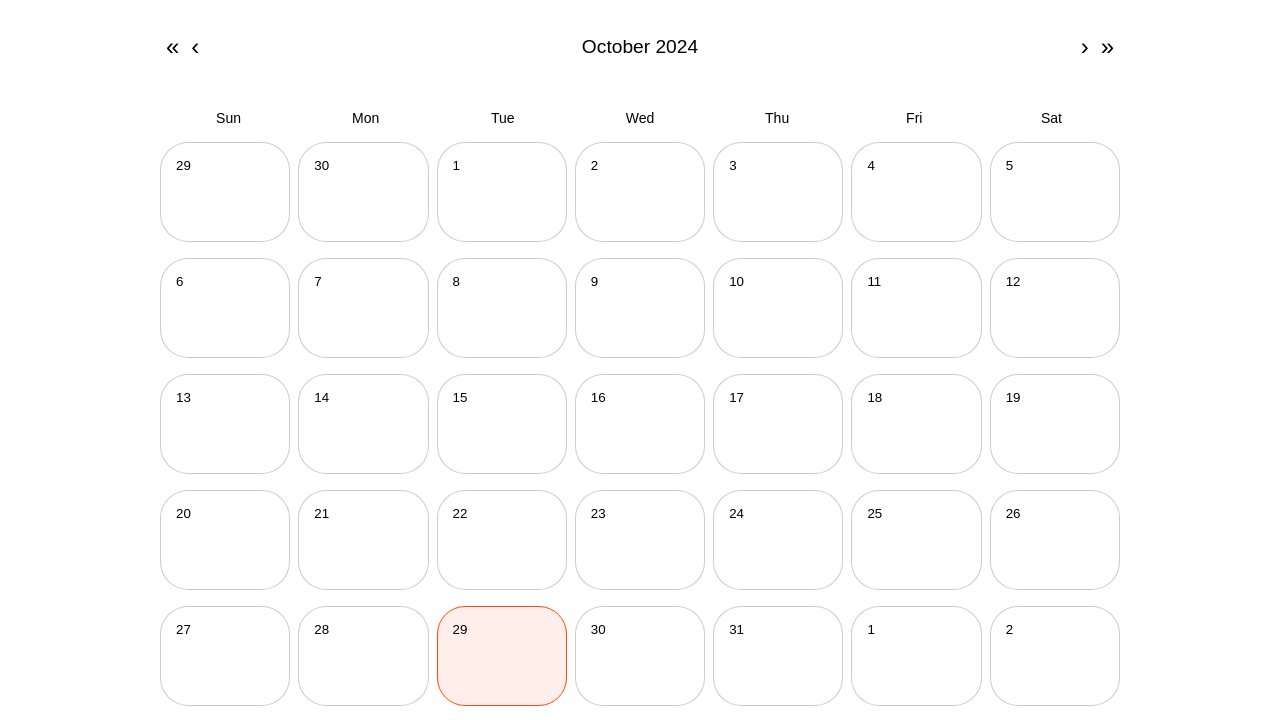
Repository: prgrms-fe-devcourse/NFE1-1-3-MOODI
Page: /
These files come from the project's save history. The page is drawn as it stood at one moment and after a run of saves; the edit follows.
The browser window is 1280 px wide. The pictures show the whole page.
The page's requests for data from a server got no answer. Some web fonts or font styles are not loaded; a fallback is used. The project was rebuilt for these pictures with package versions that can differ from the ones it lists, and the page was loaded fresh each time. No one was signed in, and anything a server would have sent is missing. Also part of the build but not shown: webpack.config.js.

Above is the page before, as saved 2024-10-29 14:39:15.

### public/index.html
<!doctype html>
<html lang="en">
    <head>
        <meta charset="UTF-8" />
        <meta http-equiv="X-UA-Compatible" content="IE=edge" />
        <meta name="viewport" content="width=device-width, initial-scale=1.0" />
        <link
            rel="stylesheet"
            type="text/css"
            href="https://cdn.jsdelivr.net/gh/orioncactus/pretendard/dist/web/static/pretendard.css"
        />
        <title>Webpack without CRA</title>
    </head>
    <body>
        <div id="root"></div>
    </body>
</html>

### src/app/Index.tsx
import React from 'react';
import ReactDOM from 'react-dom/client';
import App from './App';

const rootElement = document.getElementById('root')!;

const root = ReactDOM.createRoot(rootElement);

root.render(
    <React.StrictMode>
        <App />
    </React.StrictMode>
);

### src/app/App.tsx
import React from 'react';
import GlobalStyles from './styles/globalStyles';
import { QueryClient, QueryClientProvider } from '@tanstack/react-query';
import Calendar from '../features/calendar/index';

const queryClient = new QueryClient();

const App: React.FC = () => {
    return (
        <QueryClientProvider client={queryClient}>
            <GlobalStyles />
            <Calendar />
        </QueryClientProvider>
    );
};

export default App;

### src/app/styles/globalStyles.ts
import { createGlobalStyle } from 'styled-components';

const GlobalStyles = createGlobalStyle`

  /* CSS Reset */
  html,
  body,
  div,
  span,
  applet,
  object,
  iframe,
  h1,
  h2,
  h3,
  h4,
  h5,
  h6,
  p,
  blockquote,
  pre,
  a,
  abbr,
  acronym,
  address,
  big,
  cite,
  code,
  del,
  dfn,
  em,
  img,
  ins,
  kbd,
  q,
  s,
  samp,
  small,
  strike,
  strong,
  sub,
  sup,
  tt,
  var,
  b,
  u,
  i,
  center,
  dl,
  dt,
  dd,
  ol,
  ul,
  li,
  fieldset,
  form,
  label,
  legend,
  table,
  caption,
  tbody,
  tfoot,
  thead,
  tr,
  th,
  td,
  article,
  aside,
  canvas,
  details,
  embed,
  figure,
  figcaption,
  footer,
  header,
  hgroup,
  menu,
  nav,
  section {
    margin: 0;
    padding: 0;
    border: 0;
    font-size: 100%;
    font: inherit;
    vertical-align: baseline;
  }
  article,
  aside,
  details,
  figcaption,
  figure,
  footer,
  header,
  hgroup,
  menu,
  nav,
  section {
    display: block;
  }
  *[hidden] {
    display: none;
  }
  body {
    line-height: 1;
    font-family: 'Pretendard', sans-serif;
  }
  ol,
  ul {
    list-style: none;
  }
  blockquote,
  q {
    quotes: none;
  }
  blockquote:before,
  blockquote:after,
  q:before,
  q:after {
    content: '';
    content: none;
  }
  table {
    border-collapse: collapse;
    border-spacing: 0;
  }
  *,
  *::before,
  *::after {
    box-sizing: border-box;
  }
  body {
    margin: 0;
    padding: 0;
    overflow-y: scroll;
  }
  a{
    color: black;
    text-decoration-line: none;
  }
`;

export default GlobalStyles;

### src/features/calendar/index.tsx
import CalendarUi from './calendar-ui/CalendarUi';
import { CalendarWrapper } from './indexCss';

const Calendar = () => {
    return (
        <CalendarWrapper>
            <CalendarUi />
        </CalendarWrapper>
    );
};

export default Calendar;

### src/features/calendar/calendar-ui/CalendarUi.tsx
import { StyledCalendar, DateInnerContent } from './calendarUiCss';
import { Value } from 'react-calendar/dist/cjs/shared/types';
import { useState, useEffect } from 'react';
import moment from 'moment';
import { calendarDataFetch } from '../calendar-logic/calendarDataFetch';
import {
    getActiveMonth,
    handleTileClick
} from '../calendar-logic/calendarLogic';
import { getEmoticonPath } from '../get-emotion-path/getEmotionPath';

const CalendarUi: React.FC = () => {
    const curDate = new Date();
    const [vlu, onChange] = useState(curDate);
    const monthOfActiveDate = moment(vlu).format('YYYY-MM');
    const [activeMonth, setActiveMonth] = useState(monthOfActiveDate);
    const [fetchedData, setFetchedData] = useState<
        { id: number; created_date: string; emotion: string | null }[]
    >([]);
    const weekDays = ['Sun', 'Mon', 'Tue', 'Wed', 'Thu', 'Fri', 'Sat'];

    // fetchedData에 데이터를 저장
    const loadDates = async () => {
        const data = await calendarDataFetch(activeMonth);
        if (data) {
            const dates = data.map(
                (entry: {
                    id: number;
                    created_date: string;
                    emotion: string | null;
                }) => ({
                    id: entry.id,
                    created_date: moment(entry.created_date).format(
                        'YYYY-MM-DD'
                    ),
                    emotion: entry.emotion
                })
            );
            setFetchedData(dates);
        }
    };

    // 일기 여부에 따라 class주어주기
    const getTileClassName = (dateparam: Date): string => {
        const dateString = moment(dateparam).format('YYYY-MM-DD');
        const isCheckedDate = fetchedData.some(
            (entry) => entry.created_date === dateString
        );

        return isCheckedDate ? 'diary-date' : 'nodiary-date';
    };

    // fetchedData에서 아이템마다 id와 emotion 데이터 넣기
    const getTileContent = ({ date }: { date: Date }) => {
        const dateString = moment(date).format('YYYY-MM-DD');
        const matchedEntry = fetchedData.find(
            (entry) => entry.created_date === dateString
        );

        if (matchedEntry && matchedEntry.emotion) {
            return (
                <DateInnerContent
                    data-id={matchedEntry.id}
                    emotion={getEmoticonPath(matchedEntry.emotion)}
                    className="custom-tile-content"
                />
            );
        }
        return null; // 해당 날짜와 일치하는 데이터가 없으면 null 반환
    };

    useEffect(() => {
        loadDates();
    }, [activeMonth]);

    return (
        <StyledCalendar
            onActiveStartDateChange={({ activeStartDate }) =>
                getActiveMonth(activeStartDate, setActiveMonth)
            }
            formatDay={(locale, d) => d.getDate().toString()}
            formatShortWeekday={(locale, d) => weekDays[d.getDay()]}
            tileClassName={({ date }) => getTileClassName(date)}
            onClickDay={(date, event) => handleTileClick(event)}
            tileContent={getTileContent}
        />
    );
};

export default CalendarUi;

### src/features/calendar/indexCss.ts
import styled from 'styled-components';

export const CalendarWrapper = styled.div`
    display: flex;
    justify-content: center;
`;

### src/features/calendar/calendar-ui/calendarUiCss.ts
import Calendar, { CalendarType } from 'react-calendar';
import styled from 'styled-components';

export const StyledCalendar = styled(Calendar).attrs({
    calendarType: 'gregory' as CalendarType
})`
    width: 100%;
    max-width: 960px;
    background-color: rgba(255, 255, 255, 1);
    border: none;
    font-family: 'Pretendard', sans-serif;

    //년월컨테이너
    .react-calendar__navigation {
        display: flex;
        padding: 2rem 0;

        //년월선택ui
        button {
            border: none;
            border-radius: 10px;
            background-color: white;
            outline: none;
            font-size: 1.5rem;
            font-family: 'Pretendard', sans-serif;
            &:hover {
                background-color: rgba(0, 0, 0, 0.05);
                cursor: pointer;
            }
        }

        //년월텍스트
        .react-calendar__navigation__label {
            font-size: 1.2rem;
        }
    }

    //날짜/년월/10년 아이템
    .react-calendar__tile {
        max-width: initial !important;
        padding: 15px;
        height: 100px;
        background-color: white;
        border-radius: 28px;
        border: 1px solid rgba(0, 0, 0, 0.2);
        display: flex;
        flex-direction: column;
        justify-content: space-between;
        &:hover {
            background-color: rgba(0, 0, 0, 0.05);
            cursor: pointer;
        }
    }

    //10년박스
    .react-calendar__century-view__decades {
        display: grid !important;
        grid-template-columns: repeat(4, 1fr);
        column-gap: 0.5rem;
        row-gap: 1rem;
    }

    //년박스
    .react-calendar__decade-view__years {
        display: grid !important;
        grid-template-columns: repeat(4, 1fr);
        column-gap: 0.5rem;
        row-gap: 1rem;
    }

    //월박스
    .react-calendar__year-view__months {
        display: grid !important;
        grid-template-columns: repeat(4, 1fr);
        column-gap: 0.5rem;
        row-gap: 1rem;
    }

    //날짜박스
    .react-calendar__month-view__days {
        display: grid !important;
        grid-template-columns: repeat(7, 1fr);
        column-gap: 0.5rem;
        row-gap: 1rem;

        // 체크된 날짜 스타일
        .checked-date {
            border: 2px solid red; // 빨간 테두리
            border-radius: 10px;
        }

        // 체크되지 않은 날짜 스타일
        .unchecked-date {
            border: 2px solid blue; // 파란 테두리
            border-radius: 10px;
        }
    }

    //요일박스
    .react-calendar__month-view__weekdays {
        padding: 1rem 0;
        //요일아이템
        .react-calendar__month-view__weekdays__weekday {
            text-align: center;
            abbr {
                font-size: 14px;
                text-decoration: none;
            }
        }
    }

    //오늘날짜아이템
    .react-calendar__tile--now {
        background-color: #ffeee9;
        border: 1px solid #ff480e;
        color: black;
    }
`;

interface DateInnerContentProps {
    emotion: string | null;
}

export const DateInnerContent = styled.div<DateInnerContentProps>`
    background-image: url(${(props) => props.emotion});
    width: 40px;
    height: 40px;
    background-size: contain;
    background-repeat: no-repeat;
    align-self: flex-end;
`;

### src/features/calendar/calendar-logic/calendarDataFetch.tsx
export const calendarDataFetch = async (activeMonth: string) => {
    const split = activeMonth.split('-');
    try {
        const response = await fetch(
            `https://td3axvf8x7.execute-api.ap-northeast-2.amazonaws.com/moodi/diary?limit=40&user_email=annawa6@naver.com.com&year=${split[0]}&month=${split[1]}`
        );
        if (!response.ok) {
            throw new Error('데이터를 가져오는데 실패했습니다.');
        }
        const data = await response.json();
        return data;
    } catch (error) {
        console.error(error);
        return null;
    }
};

### src/features/calendar/calendar-logic/calendarLogic.tsx
import moment from 'moment';

export const handleTileClick = (event: React.MouseEvent<HTMLButtonElement>) => {
    const target = event.currentTarget.querySelector(
        '.custom-tile-content'
    ) as HTMLElement;
    const id = target?.getAttribute('data-id');

    if (id) {
        alert(`${id}로 이동`);
    } else {
        alert('일기 작성 페이지로 이동.');
    }
};

export const getActiveMonth = (
    activeStartDate: moment.MomentInput,
    setActiveMonth: React.Dispatch<React.SetStateAction<string>>
) => {
    const newActiveMonth = moment(activeStartDate).format('YYYY-MM');
    setActiveMonth(newActiveMonth);
};

### src/features/calendar/get-emotion-path/getEmotionPath.ts
export const getEmoticonPath = (emotion: string) => {
    const emotionMap: Record<string, string> = {
        기뻐요: 'emoji_excited',
        '자신 있어요': 'emoji_confident',
        감사해요: 'emoji_grateful',
        편안해요: 'emoji_comfortable',
        신이나요: 'emoji_excited',
        즐거워요: 'emoji_fun',
        만족스러워요: 'emoji_satisfied',
        사랑스러워요: 'emoji_lovely',
        모르겠어요: 'emoji_not_sure',
        부끄러워요: 'emoji_embarrassed',
        놀라워요: 'emoji_surprised',
        '아무생각이 없어요': 'emoji_blank',
        슬퍼요: 'emoji_sad',
        우울해요: 'emoji_depressed',
        실망스러워요: 'emoji_disappointed',
        후회돼요: 'emoji_regret',
        짜증나요: 'emoji_annoyed',
        화나요: 'emoji_angry',
        외로워요: 'emoji_lonely',
        충격받았어요: 'emoji_shocked',
        곤란해요: 'emoji_awkward'
    };

    const svgName = emotionMap[emotion];
    if (!svgName) {
        return null; // 매칭되는 감정이 없을 경우
    }

    return `emoji/${svgName}.svg`;
};

After the next 2 saves:
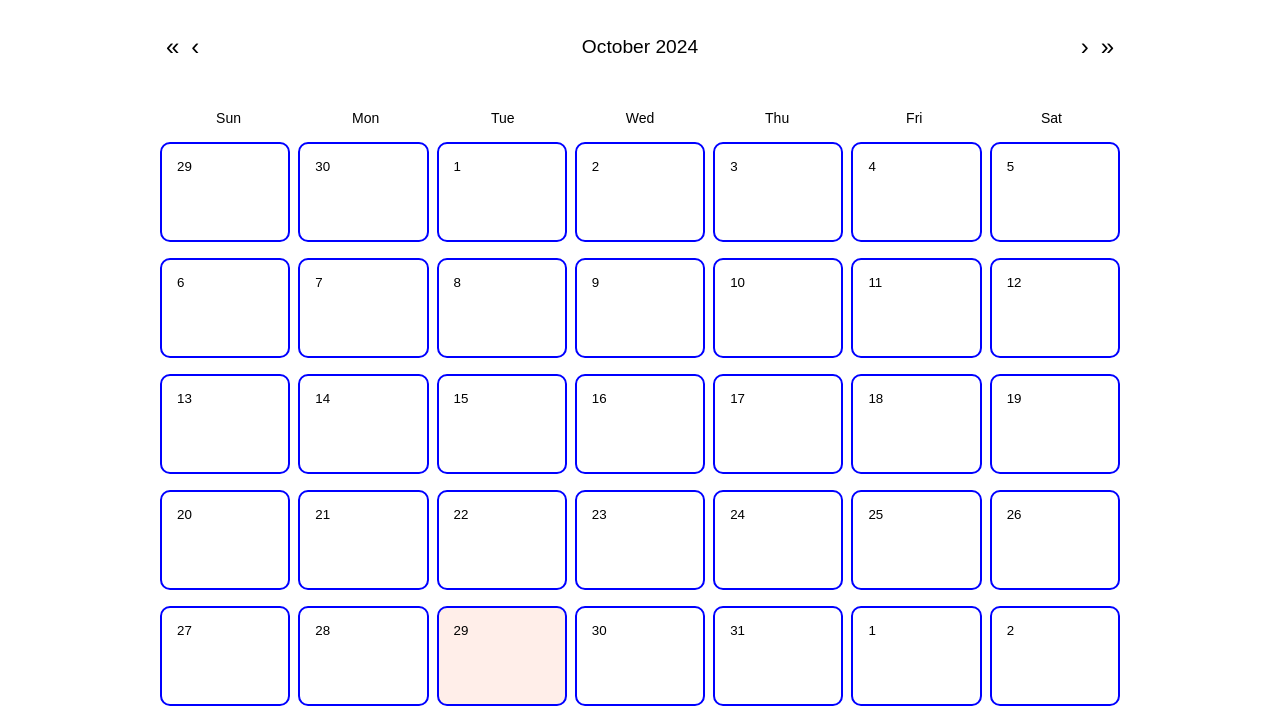
The 2 saves are shown as one change because they came seconds apart.
The last was saved 14 s later.
--- a/src/features/calendar/calendar-ui/calendarUiCss.ts
+++ b/src/features/calendar/calendar-ui/calendarUiCss.ts
@@ -84,13 +84,13 @@ export const StyledCalendar = styled(Calendar).attrs({
         row-gap: 1rem;
 
         // 체크된 날짜 스타일
-        .checked-date {
+        .diary-date {
             border: 2px solid red; // 빨간 테두리
             border-radius: 10px;
         }
 
         // 체크되지 않은 날짜 스타일
-        .unchecked-date {
+        .nodiary-date {
             border: 2px solid blue; // 파란 테두리
             border-radius: 10px;
         }
